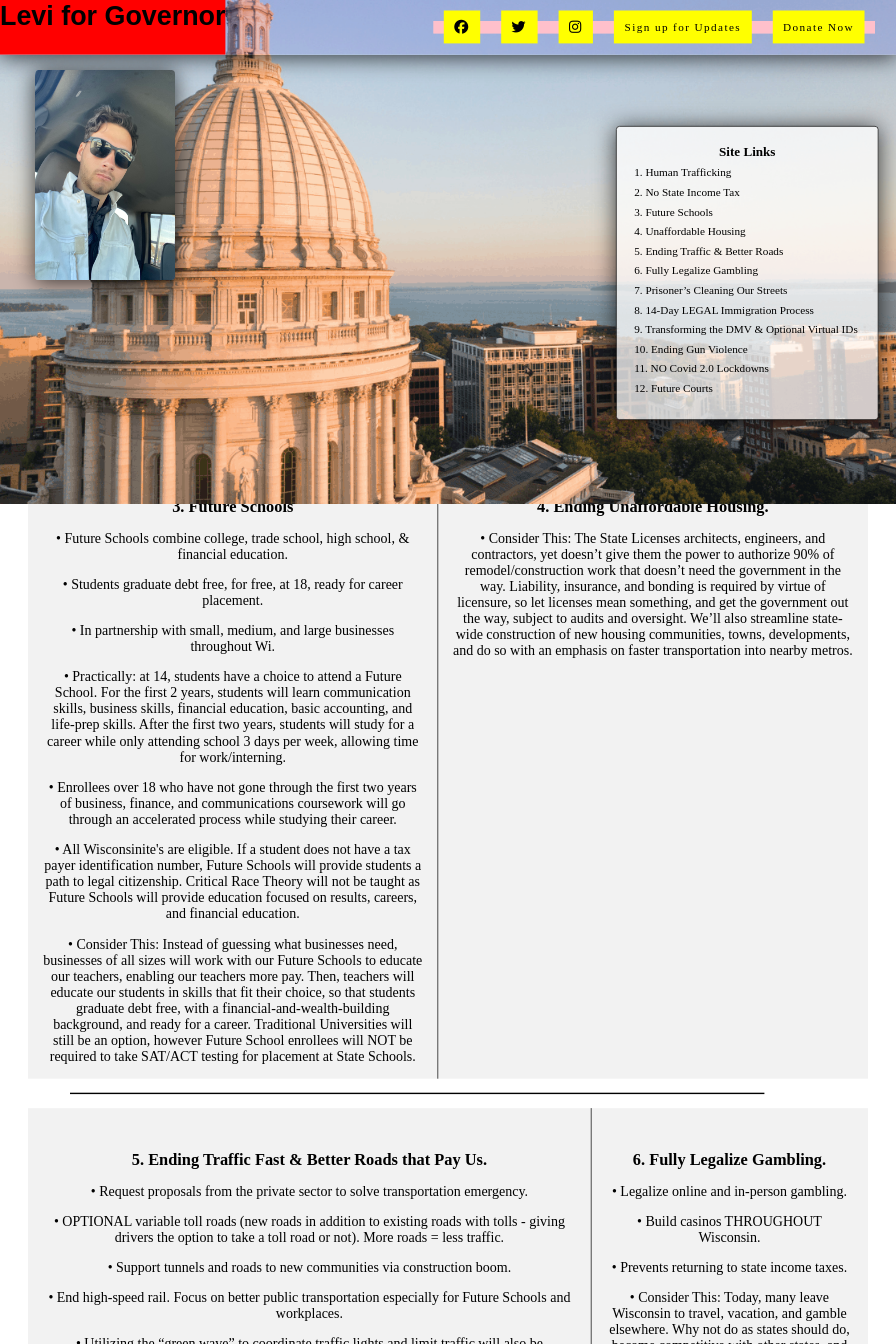
Repository: LeviCB/LeviCB.github.io
Page: index.html
The author's editor kept a record of every edit. The page is drawn from the files as they stood at one moment, then again after the next edit.
The browser window is 1280 px wide. The pictures show the part of the page from y = 0 to 1920 px (the page is 3981 px tall), at 70% of full size.
Some web fonts or font styles are not loaded; a fallback is used. Some web libraries are served in a nearby version.

Above is the page before.
Console error: SyntaxError: Identifier 'head' has already been declared

### index.html
<!DOCTYPE html>
<html>

<head id="head">

  <link type="text/css" rel="stylesheet" href="assets/css/style.css"/>
  <link type="text/css" rel="stylesheet" href="assets/css/body_style.css"/>

  <script src="https://use.fontawesome.com/95e29540f7.js"></script>
  <script src="https://kit.fontawesome.com/76e8df320e.js" crossorigin="anonymous"></script>
</head>

<body id="main">
  <div class="scrollTop" onclick="scrollToTop()"></div>
  <header id="header">
    <a href="" class="logo"><strong>Levi for Governor</strong></a>
    <ul id="list">
      <li><a href="#"><i class="fab fa-facebook fa-lg"></i></a></li>
      <li><a href="#"><i class="fab fa-twitter fa-lg"></i></a></li>
      <li><a href="#"><i class="fab fa-instagram fa-lg"></i></a></li>
      <li><a href="">Sign up for Updates</a></li>
      <li><a href="">Donate Now</a></li>
    </ul>
    </div>
  </header>
  <section class="banner" url="/assets/images/wisconsin_capital.png"></section>
  <div id="my-image">
    <img id="my-main-img" src="assets/images/main_image.JPG" alt="Main Image of Levi Borntreger">
  </div>
  <div id="hyper-links">
    <h3>Site Links</h3>
    <a href="#1. Human Trafficking">1. Human Trafficking</a>
    <a href="#2. No State Income Tax">2. No State Income Tax</a>
    <a href="#3. Future Schools">3. Future Schools</a>
    <a href="#4. Unaffordable Housing">4. Unaffordable Housing</a>
    <a href="#5. Ending Traffic & Better Roads">5. Ending Traffic & Better Roads</a>
    <a href="#6. Fully Legalize Gambling">6. Fully Legalize Gambling</a>
    <a href="#7. Prisoner’s Cleaning Our Streets">7. Prisoner’s Cleaning Our Streets</a>
    <a href="#8. 14-Day LEGAL Immigration Process">8. 14-Day LEGAL Immigration Process</a>
    <a href="#9. Transforming the DMV & Optional Virtual IDs">9. Transforming the DMV & Optional Virtual IDs</a>
    <a href="#10. Ending Gun Violence">10. Ending Gun Violence</a>
    <a href="#11. NO Covid 2.0 Lockdowns">11. NO Covid 2.0 Lockdowns</a>
    <a href="#12. Future Courts">12. Future Courts</a>
  </div>
  </div>
  <content>
    <div id="content-all">
      <div id="content-wrapper">
        <a name="1. Human Trafficking"></a>
        <a name="2. No State Income Tax"></a>
        <hr style="height: 2px; width: 80%; border: none; background-color: black;">
        <section id="content-text">
          <article id="content">
            <h3>1. Human Trafficking</h3>
            <p>I Promise to all of you that in my first 30 days in office to get a plan put together and in motion to stop human trafficking for good. There's absolutely no reason that today in our society, that any of this is going on, it's a disgrace to humanity.</p>
          </article>
          <hr style="width: 1px; border: none; background-color: black;">
          <article id="content">
            <h3>2. No State Income Tax on the first $200,000 of Income.</h3>
            <h5>Problem</h5>
            <p>Wisconsin's taxes are too high and too much goes to wasteful spending. This leads people to leave Wisconsin to pay lower or no taxes elsewhere and leads to fewer supporters of our Wisconsin businesses.</p>
            <h5>Solution</h5>
            <p> • Removes the Wi State Income Tax on the first $250,000 earned.</p>
            <p>• No Wisconsin tax return required.</p>
            <p>• An approximately 5% flat tax on incomes over $200,000.</p>
            <p>• An INSTANT pay raise for all workers and investors.</p>
            <p>• Funded by streamlining / reducing regulation and red tape throughout Wisconsin. Additionally: legalizing Gambling, Massive Growth, Future School consolidation, & Ending OVERPAYING for services. Private sector can build tunnels at $10 million per mile. ALL Wi projects, in the future, will have 100% public transparency, where we publicly & transparently weigh quality and cost. This ends crony capitalism (backroom deals) and corruption.</p>
          </article>
        </section>
        <a name="3. Future Schools"></a>
        <a name="4. Unaffordable Housing"></a>
        <hr style="height: 2px; width: 80%; border: none; background-color: black;">
        <section id="content-text">
          <article id="content">
            <h3>3. Future Schools</h3>
            <p>• Future Schools combine college, trade school, high school, & financial education.</p>
            <p>• Students graduate debt free, for free, at 18, ready for career placement.</p>
            <p>• In partnership with small, medium, and large businesses throughout Wi.</p>
            <p>• Practically: at 14, students have a choice to attend a Future School. For the first 2 years, students will learn communication skills, business skills, financial education, basic accounting, and life-prep skills. After the first two years, students will study for a career while only attending school 3 days per week, allowing time for work/interning.</p>
            <p>• Enrollees over 18 who have not gone through the first two years of business, finance, and communications coursework will go through an accelerated process while studying their career.</p>
            <p> • All Wisconsinite's are eligible. If a student does not have a tax payer identification number, Future Schools will provide students a path to legal citizenship. Critical Race Theory will not be taught as Future Schools will provide education focused on results, careers, and financial education.</p>
            <p>• Consider This: Instead of guessing what businesses need, businesses of all sizes will work with our Future Schools to educate our teachers, enabling our teachers more pay. Then, teachers will educate our students in skills that fit their choice, so that students graduate debt free, with a financial-and-wealth-building background, and ready for a career. Traditional Universities will still be an option, however Future School enrollees will NOT be required to take SAT/ACT testing for placement at State Schools.</p>
          </article>
          <hr style="width: 1px; border: none; background-color: black;">
          <article id="content">
            <h3>4. Ending Unaffordable Housing.</h3>
            <p>• Consider This: The State Licenses architects, engineers, and contractors, yet doesn’t give them the power to authorize 90% of remodel/construction work that doesn’t need the government in the way. Liability, insurance, and bonding is required by virtue of licensure, so let licenses mean something, and get the government out the way, subject to audits and oversight. We’ll also streamline state-wide construction of new housing communities, towns, developments, and do so with an emphasis on faster transportation into nearby metros.</p>
          </article>
        </section>
        <a name="5. Ending Traffic & Better Roads"></a>
        <a name="6. Fully Legalize Gambling"></a>
        <hr style="height: 2px; width: 80%; border: none; background-color: black;">
        <section id="content-text">
          <article id="content">
            <h3>5. Ending Traffic Fast & Better Roads that Pay Us.</h3>
            <p>• Request proposals from the private sector to solve transportation emergency.</p>
            <p>• OPTIONAL variable toll roads (new roads in addition to existing roads with tolls - giving drivers the option to take a toll road or not). More roads = less traffic.</p>
            <p>• Support tunnels and roads to new communities via construction boom.</p>
            <p>• End high-speed rail. Focus on better public transportation especially for Future Schools and workplaces.</p>
            <p>• Utilizing the “green wave” to coordinate traffic lights and limit traffic will also be implementing.</p>
            <p>• Consider This: The private sector is prepared to help solve Wisconsin’s transportation issues. The problem? The Governor is in the way. Cities and counties don’t want traffic; it hurts them. As Governor, Levi will request public proposals from private companies who will compete against each other for opportunities to fix our transportation nightmare. This might include logical changes to speed limits, lane efficiency, and enhancements to our building processes that enable faster solutions, such as multiple private partnerships providing tunnels throughout the same, where traffic is worst.</p>
          </article>
          <hr style="width: 1px; border: none; background-color: black;">
          <article id="content">
            <h3>6. Fully Legalize Gambling.</h3>
            <p>• Legalize online and in-person gambling.</p>
            <p>• Build casinos THROUGHOUT Wisconsin.</p>
            <p>• Prevents returning to state income taxes.</p>
            <p>• Consider This: Today, many leave Wisconsin to travel, vacation, and gamble elsewhere. Why not do as states should do, become competitive with other states, and provide Wisconsinites and Americans an opportunity to enjoy gambling IN Wisconsin. We welcome Everyone.</p>
          </article>
        </section>
        <a name="7. Prisoner’s Cleaning Our Streets"></a>
        <a name="8. 14-Day LEGAL Immigration Process"></a>
        <hr style="height: 2px; width: 80%; border: none; background-color: black;">
        <section id="content-text">
          <article id="content">
            <h3>7. Prisoner’s Cleaning Our Streets.</h3>
            <p>• Focus on community policing and reintegrating trust with law enforcement and communities.</p>
            <p>• Non-violent inmates in jails/prisons will work community service in neighborhoods they committed crimes in under group supervision. Selected, non-violent inmates who agree to clean our streets will be eligible to go stay at home with family, reducing jail costs, while being monitored to ensure attendance and fulfillment of sentence. Wisconsin has over 23,000 prisoner's and spends over $30,000 per prisoner per year on housing Prisoners. This is backwards. Prisoners should contribute to our society, society shouldn’t contribute to them.</p>
            <p>• Inmates will clean our streets, roads, towns/cities, and remove graffiti.</p>
            <p>• Option to attend Future Schools to prevent recidivism.</p>
            <p>• Focus on training, social support, and community, with a focus on growth. For example, restrictive alcohol enforcement on businesses cripples business.</p>
          </article>
          <hr style="width: 1px; border: none; background-color: black;">
          <article id="content">
            <h3>8. 14-Day LEGAL Immigration Process.</h3>
            <p>• Wisconsin will establish a process for fast-tracked LEGAL immigration. Our “illegal” immigration crisis is a result of a HORRIBLE, out-dated, and criminalizing immigration disaster. A 14-day legal immigration process helps us attract not just refugees, but also qualified immigrants who can support and contribute to our economy. Legal immigration does not cost Wisconsin jobs, it expands our economy and grows our revenues. Consider this: A CPA who moves to Wisconsin from Brazil, who agrees not to accept any social-welfare programs, needs a dentist, doctor, grocery store, taxi driver, retail stores, and more. For each person who legally immigrants to Wisconsin, we expect economic growth for 10+ Wisconsinite's.</p>
            <p>• Every mid to low income Immigrant will need to have a job lined up. They will get a temporary 2 year Citizenship and will have to attend a future school on the side to learn English etc. If they still have a job and no criminal activities they will be granted full Citizenship.</p>
            <p>Additionally and on Manufacturing:</p>
            <p>• Wisconsin will also partner with companies providing access to Future Schools.</p>
            <p>• This allows companies to train students prior to graduating Future Schools, making them career ready at 18.</p>
          </article>
        </section>
        <a name="9. Transforming the DMV & Optional Virtual IDs"></a>
        <a name="10. Ending Gun Violence"></a>
        <hr style="height: 2px; width: 80%; border: none; background-color: black;">
        <section id="content-text">
          <article id="content">
            <h3>9. Transforming the DMV & Optional Virtual IDs.</h3>
            <p>• Virtual IDs and Registrations w/ QR coded downloads. Virtual IDs would be OPTIONAL - so printed QR or full-versions would still be available on an OPT-IN basis (default being virtual, but for those desiring physical, the option would be available).</p>
            <p>• Privatizing license plates, driver tests, and vision tests.</p>
            <p>• Speed cameras & virtual tickets; less traffic stops via officer virtual traffic stops & ticketing.</p>
            <p>• Instant options to dispute or pay tickets via a new Wisconsin App.</p>
          </article>
          <hr style="width: 1px; border: none; background-color: black;">
          <article id="content">
            <h3>10. Ending Gun Violence.</h3>
            <p> • Wisconsin should focus less on restrictions for legal weapon owners, and instead focus more resources on weapon education, mental Health services, therapy access especially for those uninsured or underinsured, and teaching mental-wellness in our schools to prevent the stigmatization of mental-health illnesses in Wisconsin.</p>
            <p>• Those who are trained and background checked SHALL have more rights in Wisconsin. We’re moving towards MORE rights and freedoms in Wisconsin, not less.</p>
            <p>• Tiered licenses for individuals with weapons training.</p>
            <p>• Granting more privileges like concealed carry to more folks who are trained and background checked. This would be the first expansion of Gun Rights Wisconsin has seen in decades.</p>
          </article>
        </section>
        <a name="11. NO Covid 2.0 Lockdowns"></a>
        <a name="12. Future Courts"></a>
        <hr style="height: 2px; width: 80%; border: none; background-color: black;">
        <section id="content-text">
          <article id="content">
            <h3>11. NO Covid 2.0 Lockdowns.</h3>
            <h4>Covid:</h4>
            <p>Vaccines are a choice. Masks are a choice. Businesses shall have the right to remain OPEN — however, reasonable “HEPA-filtration” and ventilation requirements may be an option, but we will NOT have lockdowns again.</p>
          </article>
          <hr style="width: 1px; border: none; background-color: black;">
          <article id="content">
            <h3>12. Future Courts.</h3>
            <p>• Small claims limits raised to $100,000.</p>
            <p>• New Small Claims Advisor Counsel license taught at Future Schools.</p>
            <p>• Speeding up the legal system by investing in our courts.</p>
          </article>
        </section>
      </div>
    </div>
  </content>
<foot>
  <div id="foot">
    <div id="address">
      <h3>Levi for Governor</h3>
      <h3>1712 Prima Lago Ter</h3>
      <h3>Lakeland, FL. 33810</h3>
    </div>
    <div id="contact">
      <h4>Contact Me</h4>
      <h3>715-660-6693</h3>
      <H3>LeviForGovernor@gmail.com</h3>
    </div>
  </div>
</foot>
<script type="text/javascript" src="assets/js/main.js"></script>
<script>
  /*start of header magic*/
const head = document.querySelector("#header");

window.onscroll = function () {
  var top = window.scrollY;
  if (top >= 5) {
    head.classList.add("active");
  } else {
    head.classList.remove("active");
  }
};
/*end of header magic*/

/*start of navtext color change on scroll*/
window.addEventListener("scroll", function() {
        var header = document.querySelector("header");
        header.classList.toggle("sticky", window.scrollY> 0);
      });
/*end of navtext color change on scroll*/

/*start of scrollTop*/
window.addEventListener('scroll', function(){
    var scroll = document.querySelector('.scrollTop');
    scroll.classList.toggle("active" , window.scrollY > 500)
  })

  function scrollToTop(){
    window.scrollTo({
      top: 0,
      behavior: 'smooth'
    })
  }
/*end of scrollTop*/
</script>
</body>
<footer id="footer">
  <div id="copyright">
    <h4>Paid for and Approved by Levi Borntreger for Governor</h4>
    <h4>Copyright 2021 — Levi for Governor. All rights reserved.</h4>
  </div>
</footer>

</html>

### assets/css/style.css
@import url('https://fonts.googleapis.com/css?family=Hammersmith+One');

/*
$desktop: 1200px;
$laptop: 1024px;
$tablet: 768px;
$phone: 480px;
*/

@media only screen and (max-width:1024px) and (min-width: 768px) {
  body {
    background-color:;
  }
  #hyper-links {
    background-color: blue;
  }
  #content-text {
    flex-direction: column;
  }
  #content-wrapper {
    display: flex;
    column-gap: 40px;
    flex-direction: column;
    flex-wrap: wrap;
    width: 100%;
  }
}
@media only screen and (max-width:768px) and (min-width: 480px) {
  body {
    background-color: pink;
  }
  #hyper-links {
    background-color: blue;
    box-shadow: 0 3px 2rem rgba(0,0,0,.75);
    width: 375px;
    height: 500px;
    position: absolute;
    padding: 50px;
    display: flex;
    border: 1px black solid;
    flex-direction: column;
    z-index: 1;
    left: 0px;
    top: 0px;
    bottom: 0px;
    right: 0px;
    margin: auto;
    margin-top: 60px;
    margin-right: 25px;
    border-radius: 5px;
}
  #content-wrapper {
    font-size: 5px;
  }
}
@media only screen and (max-device-width:480px) and (min-width:200px) {
  body {
  }
  header {
    height: 100px !important;
  }
  header ul li a {
    font-size: 22px !important;
    margin: 0 15px;
    padding-top: 10px;
}
  #my-image {
    margin-top: 150px !important;
  }
  #hyper-links {
    font-size: 30px;
    min-width: 575px;
    min-height: 950px;
}
  #hyper-links h3 {
    padding: 15px !important;
}
  #hyper-links a {
    padding: 15px !important;
    font-weight: 500px !important;
}
  .scrollTop {
  bottom: 150px !important;
  right: 75px !important;
  width: 85px !important;
  height: 85px !important;
  background-size: 60px !important;
}
  #content-wrapper {
    font-size: 30px !important;
  }
}
* {
  margin: 0px;
  padding: 0px;
  box-sizing: border-box;
}

body {
  min-height: 100vh;
}
#my-main-img {
  width: 200px;
  height: 300px;
  border-radius: 5px;
  box-shadow: 0 3px 2rem rgba(0,0,0,.75);
}
#my-image {
  position: absolute;
  z-index: 1;
  left: 0px;
  top: 0px;
  bottom: 0px;
  right: 0px;
  margin-top: 100px;
  margin-left: 50px;
}

/*start nav section*/
header {
  position: fixed;
  background: rgba(0, 0, 255, 0.1);
  box-shadow: 0 3px 2rem rgba(0,0,0,.75);
  width: 100%;
  display: flex;
  height: 78px;
  top: 0px;
  left: 0px;
  align-items: center;
  justify-content: space-between;
  z-index: 10;
}
header.sticky {
  color: white;
}
header.active {
  background-color: rgba(0,0,100,1.00);
  transition: 1.0s;
  box-shadow: 0 3px 2rem rgba(0,0,0,.75);
  height: 4.0rem;
}
header .logo {
  background-color: red;
  position: relative;
  width: auto;
  height: 100%;
  font-size: 3vw;
  color: black;
  text-decoration: none;
  font-family: "Hammersmith One", sans-serif;
  transition: 0.6s;
}
header ul {
  background-color: pink;
  position: relative;
  display: flex;
  margin-right: 30px;
  justify-content: center;
  align-items: center;
}
header ul li {
  position: relative;
  list-style: none;
}
header ul li a {
  background-color: yellow;
  position: relative;
  margin: 0 15px;
  padding: 15px;
  text-decoration: none;
  color: black;
  letter-spacing: 2px;
  font-weight: 500px;
  transition: 0.6s;
}
header.sticky .logo,
header.sticky ul li a {
  color: white;
}
header.sticky ul li a:hover {
  background: rgba(0,0,145,1.00);
  border: 1.5px white solid;
  padding: 10px;
  border-radius: 10px;
}
header ul li a:hover {
  background: rgba(0,0,100,1.00);
  color: white;
  padding: 10px;
  border-radius: 10px;
}
/*end nav section*/
.scrollTop {
  position: fixed;
  bottom: 800px;
  right: 40px;
  width: 60px;
  height: 60px;
  background: #fff url(/assets/images/arrow-up-blue.jpg);
  border-radius: 50%;
  background-size: 40px;
  background-position: center;
  background-repeat: no-repeat;
  cursor: pointer;
  z-index: 10000;
  visibilty: hidden;
  opacity: 0;
  transition: 0.5s;
}
.scrollTop.active {
  visibilty: visibilty;
  opacity: 1;
  bottom: 40px;
  border: 1px black solid;
}
#hyper-links {
  background-color: rgba(255, 255, 255, .75);
  box-shadow: 0 3px 2rem rgba(0,0,0,.75);
  width: 375px;
  max-height: 420px;
  position: absolute;
  padding: 20px;
  display: flex;
  border: 1px black solid;
  flex-direction: column;
  z-index: 1;
  left: 0px;
  top: 60px;
  bottom: 0px;
  right: 0px;
  margin: auto;
  margin-top: px;
  margin-right: 25px;
  border-radius: 5px;
}
#hyper-links h3 {
  padding: 5px;
  margin: 0px;
  text-align: center;
}
#hyper-links a {
  color: black;
  padding: 5px;
  text-decoration: none;
}
#hyper-links a:hover {
  color: white;
  border: 1px solid black;
  background-color: rgba(0, 0, 0, .50);
}
#content h3 {
  color: black;
  padding-top: 60px;
}
#content-all {
  margin: 0px;
  padding: 20px;
}
#content-wrapper {
  font-size: 20px;
  display: flex;
  column-gap: 40px;
  flex-direction: row;
  flex-wrap: wrap;
  width: 100%;
}
#content-text {
  padding: 20px;
  display: flex;
}
#content {
  background-color: rgba(0, 0, 0, .05);
  padding: 0px 20px 20px 20px;
  text-align: center;
}
#content p {
  padding-top: 20px;
}

#foot {
  background-color: rgba(0,0,100,1.00);
  box-shadow: 0 3px 2rem rgba(0,0,0,.75);
  display: flex;
  margin: 0px;
  padding: 0px;
  height: 150px;
  width: 100%;
  justify-content: space-around;
}
#foot #address {
  margin-top: 30px;
}
#foot #address H3{
  color: white;
  padding: 5px;
}
#foot #contact {
  margin-top: 30px;
}
#foot #contact H4,
#foot #contact H3{
  color: white;
  padding: 5px;
}
#footer {
  margin: 0px;
  padding: 0px;
  height: 75px;
  display: flex;
  background-color: rgba(0,0,100,1.00);
  border-top: 2px black solid;
  justify-content: center;
}
#footer #copyright {
}
#footer #copyright h4 {
  color: white;
  margin-top: 15px;
}

### assets/css/body_style.css
.banner {
  position: fixed;
  width: 100%;
  height: 100vh;
  background-image: url("/assets/images/wisconsin_capital.png");
  background-size: cover;
}

### assets/js/main.js
/*start of header magic*/
const head = document.querySelector("#header");

window.onscroll = function () {
  var top = window.scrollY;
  if (top >= 5) {
    head.classList.add("active");
  } else {
    head.classList.remove("active");
  }
};
/*end of header magic*/

/*start of navtext color change on scroll*/
window.addEventListener("scroll", function() {
        var header = document.querySelector("header");
        header.classList.toggle("sticky", window.scrollY> 0);
      });
/*end of navtext color change on scroll*/

/*start of scrollTop*/
window.addEventListener('scroll', function(){
    var scroll = document.querySelector('.scrollTop');
    scroll.classList.toggle("active" , window.scrollY > 500)
  })

  function scrollToTop(){
    window.scrollTo({
      top: 0,
      behavior: 'smooth'
    })
  }
/*end of scrollTop*/

After the next edit:
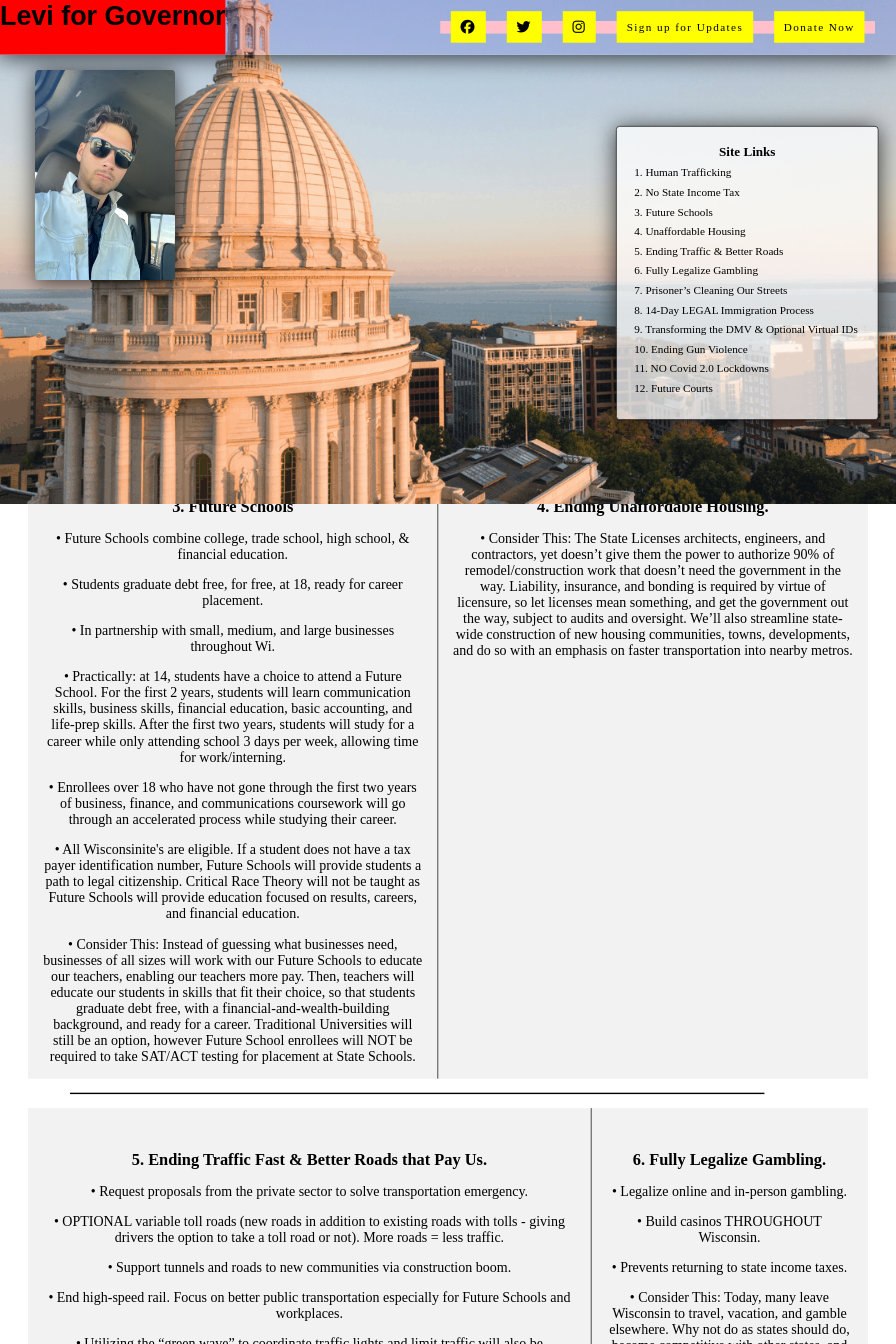
The edit:
--- a/assets/css/style.css
+++ b/assets/css/style.css
@@ -166,7 +166,7 @@
   background-color: yellow;
   position: relative;
   margin: 0 15px;
-  padding: 15px;
+  padding: 14px;
   text-decoration: none;
   color: black;
   letter-spacing: 2px;
